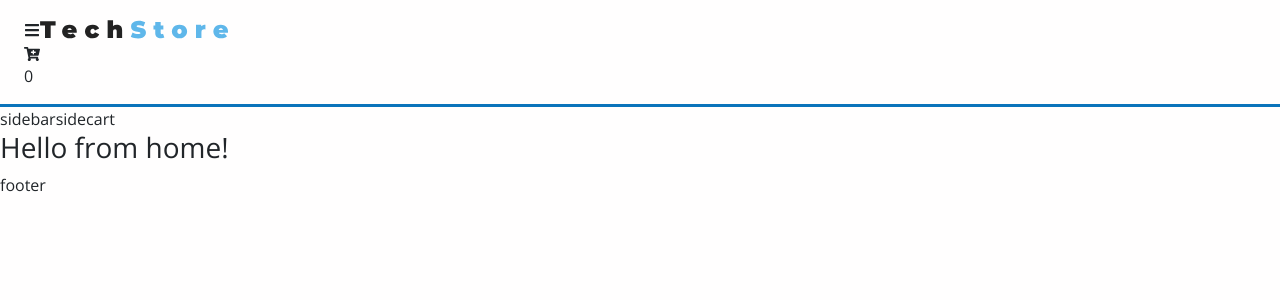
Repository: CaptainStorm21/react16-techstore
Page: /
These files come from the project's save history. The page is drawn as it stood at one moment and after the next save; the edit follows.
The browser window is 1280 px wide. The pictures show the whole page.
Some web fonts or font styles are not loaded; a fallback is used. The project was rebuilt for these pictures with package versions that can differ from the ones it lists, and the page was loaded fresh each time. Also part of the build but not shown: src/pages/ContactPage.js, src/pages/ProductsPage.js, src/pages/AboutPage.js, src/pages/SingleProductPage.js, src/pages/DefaultPage.js, src/pages/CartPage.js.

Above is the page before, as saved 2020-05-08 15:39:19.

### public/index.html
<!DOCTYPE html>
<html lang="en">
  <head>
    <meta charset="utf-8" />
    <link rel="icon" href="%PUBLIC_URL%/favicon.ico" />
    <meta name="viewport" content="width=device-width, initial-scale=1" />
    <meta name="theme-color" content="#000000" />
    <meta
      name="description"
      content="Web site created using create-react-app"
    />
    <link rel="apple-touch-icon" href="%PUBLIC_URL%/logo192.png" />
    <!--
      manifest.json provides metadata used when your web app is installed on a
      user's mobile device or desktop. See https://developers.google.com/web/fundamentals/web-app-manifest/
    -->
    <link rel="manifest" href="%PUBLIC_URL%/manifest.json" />
    <!--
      Notice the use of %PUBLIC_URL% in the tags above.
      It will be replaced with the URL of the `public` folder during the build.
      Only files inside the `public` folder can be referenced from the HTML.

      Unlike "/favicon.ico" or "favicon.ico", "%PUBLIC_URL%/favicon.ico" will
      work correctly both with client-side routing and a non-root public URL.
      Learn how to configure a non-root public URL by running `npm run build`.
    -->
    <title>Tech Store</title>
  </head>
  <body>
    <noscript>You need to enable JavaScript to run this app.</noscript>
    <div id="root"></div>
    <!--
      This HTML file is a template.
      If you open it directly in the browser, you will see an empty page.

      You can add webfonts, meta tags, or analytics to this file.
      The build step will place the bundled scripts into the <body> tag.

      To begin the development, run `npm start` or `yarn start`.
      To create a production bundle, use `npm run build` or `yarn build`.
    -->
  </body>
</html>

### src/index.js
import React from "react";
import ReactDOM from "react-dom";
import "./index.css";
import App from "./App";
import * as serviceWorker from "./serviceWorker";

//Router setup
import { BrowserRouter as Router } from "react-router-dom";

//Import context
import { ProductProvider} from './context';

ReactDOM.render(
  <ProductProvider>
        <Router>
      <App />
    </Router>
  </ProductProvider>, document.getElementById("root")
);

// If you want your app to work offline and load faster, you can change
// unregister() to register() below. Note this comes with some pitfalls.
// Learn more about service workers: https://bit.ly/CRA-PWA
serviceWorker.unregister();

### src/App.js
import React from 'react';
import './App.css';
import  'bootstrap/dist/css/bootstrap.min.css';
// import styled from 'styled-components';

// //react icon
// import {FaHome} from 'react-icons/fa';

//import pages
import HomePage from './pages/HomePage';
import ContactPage from './pages/ContactPage';
import ProductsPage from './pages/ProductsPage';
import AboutPage from './pages/AboutPage';
import SingleProductPage from './pages/SingleProductPage';
import DefaultPage from './pages/DefaultPage';
import CartPage from './pages/CartPage';

//import routes
import { Route, Switch } from 'react-router-dom';

//import skeleton component
import Navbar from './components/Navbar';
import Footer from './components/Footer';
import Sidebar from './components/Sidebar';
import Sidecart from './components/Sidecart';

function App() {
  return (
    <>
      <Navbar />
      <Sidebar />
      <Sidecart />

      {/* navbar, sidebar, cart, footer */}
      <Switch>
        <Route path="/" exact component={HomePage} />
        <Route path="/about" component={AboutPage} />
        <Route path="/contact" component={ContactPage} />
        <Route path="/products" exact component={ProductsPage} />
        <Route path="/products/:id" component={SingleProductPage} />
        <Route path="/cart" component={CartPage} />
        <Route component={DefaultPage} />
      </Switch>
      <Footer />
    </>
  );
}


export default App;

### src/context/context.js
import React, { Component } from "react";
const ProductContext = React.createContext();

// Provider
// Consumer

class ProductProvider extends Component {
  state = {
    sidebarOpen: false,
    cartOpen: false,
    cartItems: 0
  };
  //handle sidebar
  handleSidebar = () => {
    this.setState({ sidebarOpen: !this.state.sidebarOpen });
  };
  //handle sidecart
  handleCart = () => {
    this.setState({ cartOpen: !this.state.cartOpen });
  };

  //close cart
  closeCart = () => {
    this.setState({ cartOpen: false });
  };

  //open cart
  openCart = () => {
    this.setState({ cartOpen: true });
  };

  render() {
    return (
      <ProductContext.Provider
        value={{
          // sidebarOpen: this.state.sidebarOpen,
          ...this.state,
          handleSidebar: this.handleSidebar,
          handleCart: this.handleCart,
          closeCart: this.closeCart,
          openCart: this.openCart,
        }}
      >
        {this.props.children}
      </ProductContext.Provider>
    );
  }
}

const ProductConsumer = ProductContext.Consumer;
export { ProductProvider, ProductConsumer };

### src/App.css
@import url("https://fonts.googleapis.com/css?family=Monda:400,700|Open+Sans:400,700|Raleway:400,700&display=swap");

/* font-family: 'Raleway', sans-serif;
font-family: 'Open Sans', sans-serif;
font-family: 'Monda', sans-serif;
*/

/* sass */
:root {
  --primaryColor: #0a74bb;
  --primaryRGBA: rgba(0, 0, 0, 0.3);
  --mainGrey: #fffefede !important;
  --darkGrey: #1a1110;
  --mainWhite: #fff;
  --mainBlack: #222;
  --mainTransition: all 0.3s ease-in-out;
  --mainSpacing: 0.3rem;
}

.text-title {
  font-family: "Monda", sans-serif;
  font-weight: bold;
  letter-spacing: var(--mainSpacing);
  text-transform: capitalize;
}

.text-main {
  color: var(--primaryColor);
}

body {
  font-family: "Open Sans", sans-serif !important;
  background-color: var(--mainGrey) !important;
  color: var(--mainBlack);
}

### src/pages/HomePage.js
import React from 'react'
import {ProductConsumer} from '../context';

export default function HomePage() {
    return (
      <>
        <ProductConsumer>
                {value => {
                    // console.log(value);
                    return <h3>Hello from home!</h3>
                }}
        </ProductConsumer>
      </>
    );
}

### src/components/Navbar.js
import React from 'react'
//icons
import { FaBars, FaCart, FaCartPlus } from "react-icons/fa";
import styled from 'styled-components';
import { ProductConsumer } from '../context';
//logo
import logo from '../images/logo.svg';

export default function Navbar() {
    return (
        <ProductConsumer>
            {value => {
                const { cartItems, handleSidebar, handleCart } = value;
                return <NavWrapper>
                    <div className="nav-center">
                        <FaBars className="nav-icon" onClick="handleSidebar" />
                        <img src={logo} alt="company logo" />
                        <div className="nav-cart">
                            <FaCartPlus className="nav-icon" onClick={handleCart} />
                            <div className="cart-items">{cartItems}</div>
                        </div>
                    </div>
                </NavWrapper>
            }}
        </ProductConsumer>
    )
}

const NavWrapper = styled.nav`
    position: -kit-sticky;
    position: sticky;
    top: 0;
    width: 100%;
    padding: 1rem 1.5rem;
    background: var(--mainGrey);
    border-bottom: 3px solid var(--primaryColor)

`

### src/components/Footer.js
import React from 'react'

export default function Footer() {
    return (
        <>
            footer
        </>
    )
}

### src/components/Sidebar.js
import React from 'react'

export default function Sidebar() {
    return (
        <>
            sidebar
        </>
    )
}

### src/components/Sidecart.js
import React from 'react'

export default function Sidecart() {
    return (
        <>
            sidecart
        </>
    )
}

Loaded but not shown: src/index.css (common file); src/serviceWorker.js (common file)

After the next save:
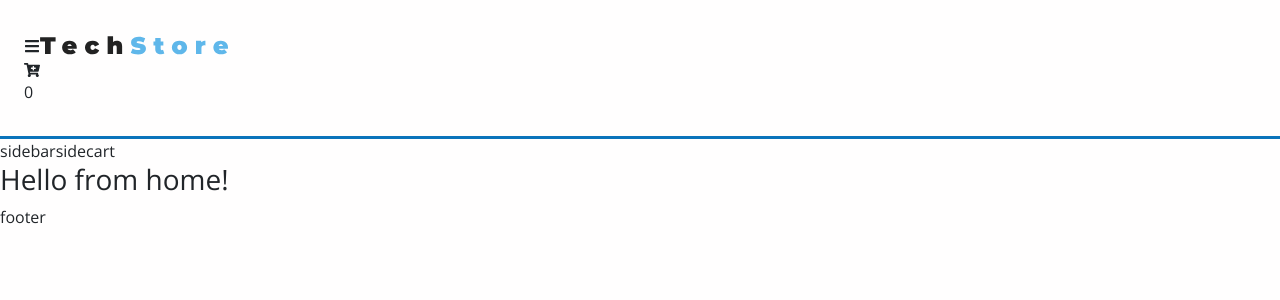
Saved 58 s later.
--- a/src/components/Navbar.js
+++ b/src/components/Navbar.js
@@ -31,7 +31,7 @@ const NavWrapper = styled.nav`
     position: sticky;
     top: 0;
     width: 100%;
-    padding: 1rem 1.5rem;
+    padding: 2rem 1.5rem;
     background: var(--mainGrey);
     border-bottom: 3px solid var(--primaryColor)
 
